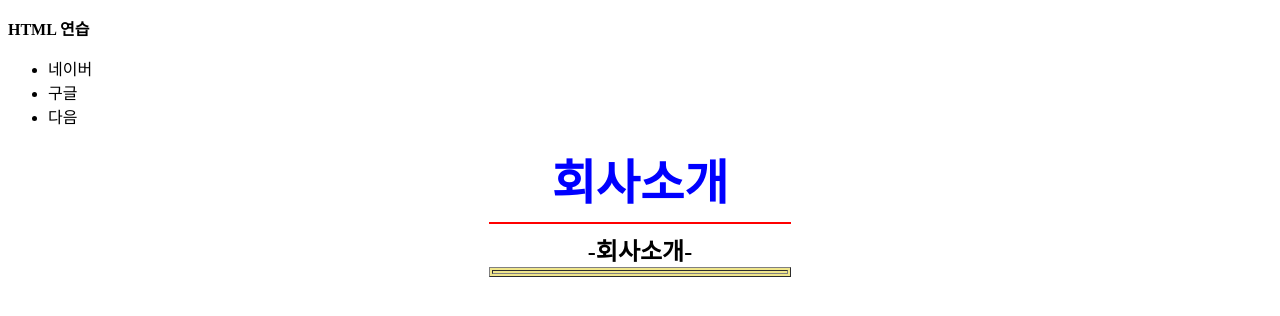
Repository: sika5382/jsp
Page: html/WebContent/NewFile2.html
An editor plug-in stored every save of this project. The page is shown before and after the next save, followed by the edit.
The browser window is 1280 px wide. The pictures show the whole page.

Above is the page before, as saved 2020-10-29 07:59:03.

### html/WebContent/NewFile2.html
<!DOCTYPE html>
<html>
<head>
<meta charset="UTF-8">
<title>Insert title here</title>
</head>
<body>
	<dl bgcolor="blue">
		<dt><b>HTML 연습</b>

	</dl>


	<table border="1" align="center" width="300" bgcolor="khaki">


			<tr>
				<th>

			<caption>
				<font size="7" color = "blue" align="center"><b>회사소개</b></font>
				<hr color="red" width = "300">
				<font size="5"><b>-회사소개-</b></font>


			</caption>


				<ul>

				<li>네이버</li>
				<li>구글</li>
				<li>다음</li>

				</ul>
				</th>
			</tr>


	</table>


</body>
</html>

After the next save:
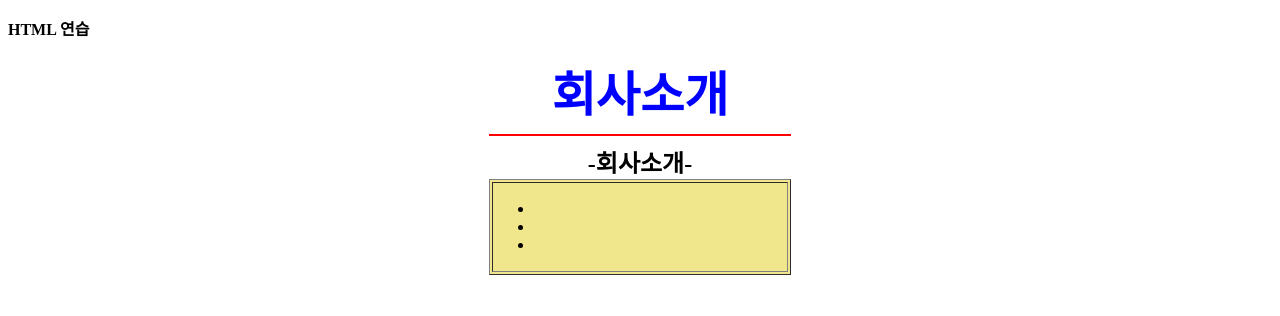
Saved 2 min 10 s later.
--- a/html/WebContent/NewFile2.html
+++ b/html/WebContent/NewFile2.html
@@ -14,8 +14,7 @@
 	<table border="1" align="center" width="300" bgcolor="khaki">
 
 
-			<tr>
-				<th>
+
 
 			<caption>
 				<font size="7" color = "blue" align="center"><b>회사소개</b></font>
@@ -24,13 +23,14 @@
 
 
 			</caption>
-
+			<tr>
+				<th>
 
 				<ul>
 
-				<li>네이버</li>
-				<li>구글</li>
-				<li>다음</li>
+				<li><a href = "https://www.naver.com/" title="네이버"></a></li>
+				<li><a href = "https://www.naver.com/" title="구글"></li>
+				<li><a href = "https://www.naver.com/" title="다음"></li>
 
 				</ul>
 				</th>
